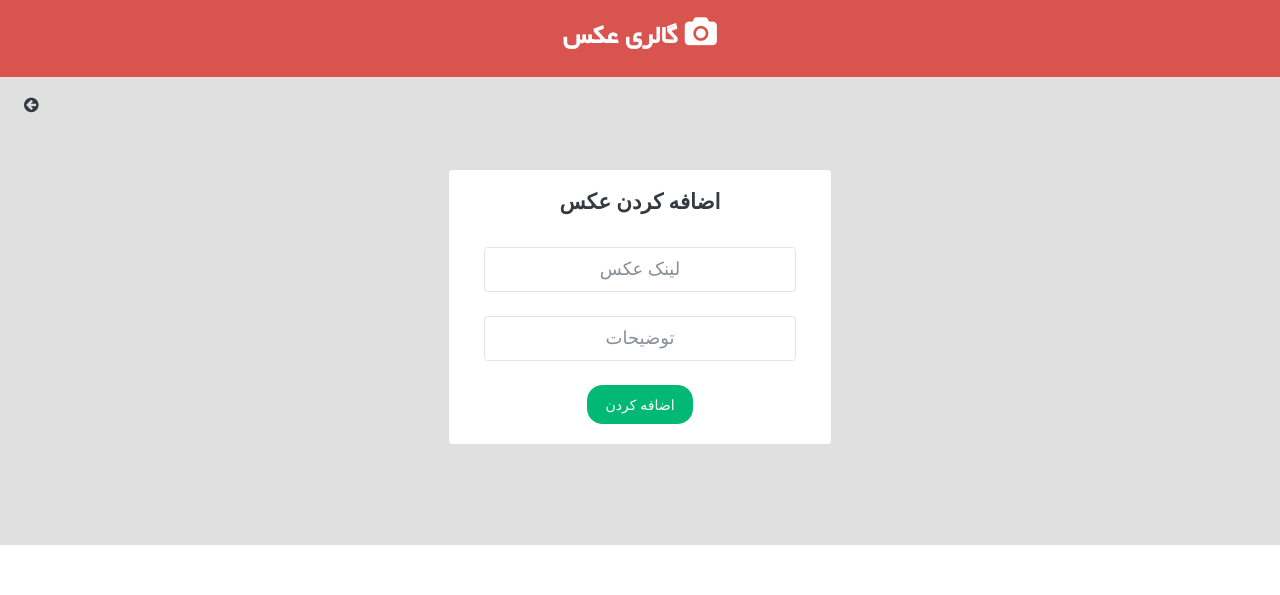
Repository: sadegh1379/PhotoWall-app
Page: /addphoto
These files come from the project's save history. The page is drawn as it stood at one moment and after the next save; the edit follows.
The browser window is 1280 px wide. The pictures show the whole page.
The project was rebuilt for these pictures with package versions that can differ from the ones it lists, and the page was loaded fresh each time. Also part of the build but not shown: src/Component/Photo.js, src/Component/PhotoWall.js.

Above is the page before, as saved 2020-02-22 13:31:18.

### public/index.html
<!DOCTYPE html>
<html lang="en">
  <head>
    <meta charset="utf-8" />
    <link rel="icon" href="%PUBLIC_URL%/favicon.ico" />
    <meta name="viewport" content="width=device-width, initial-scale=1" />
    <meta name="theme-color" content="#000000" />
    <link rel="stylesheet" href="https://stackpath.bootstrapcdn.com/font-awesome/4.7.0/css/font-awesome.min.css">
    <meta
      name="description"
      content="Web site created using create-react-app"
    />
    <link rel="apple-touch-icon" href="%PUBLIC_URL%/logo192.png" />
    <!--
      manifest.json provides metadata used when your web app is installed on a
      user's mobile device or desktop. See https://developers.google.com/web/fundamentals/web-app-manifest/
    -->
    <link rel="manifest" href="%PUBLIC_URL%/manifest.json" />
    <!--
      Notice the use of %PUBLIC_URL% in the tags above.
      It will be replaced with the URL of the `public` folder during the build.
      Only files inside the `public` folder can be referenced from the HTML.

      Unlike "/favicon.ico" or "favicon.ico", "%PUBLIC_URL%/favicon.ico" will
      work correctly both with client-side routing and a non-root public URL.
      Learn how to configure a non-root public URL by running `npm run build`.
    -->
    <title>React App</title>
  </head>
  <body>
    <noscript>You need to enable JavaScript to run this app.</noscript>
    <div id="root"></div>
    <!--
      This HTML file is a template.
      If you open it directly in the browser, you will see an empty page.

      You can add webfonts, meta tags, or analytics to this file.
      The build step will place the bundled scripts into the <body> tag.

      To begin the development, run `npm start` or `yarn start`.
      To create a production bundle, use `npm run build` or `yarn build`.
    -->
  </body>
</html>

### src/App.js
import React , { Component } from 'react';
import { BrowserRouter as Router , Route, Switch } from 'react-router-dom';
import Title from './Component/Title';
import PhotoWall from './Component/PhotoWall';
import './bootswatch.css';
import AddPhoto from './Component/AddPhoto';
import './App.css';

class App extends Component {

  constructor(){

      super()

      this.state = {
        posts : [
          {
            id : "0" ,
            description : "صادق اکبری" ,
            imageLink : "https://dkt6rvnu67rqj.cloudfront.net/cdn/ff/tpWy09V5tfN_Il2UBj8nPU4FZvPDpNBQSecbyXiqbuM/1574345660/public/styles/322x405/public/media/int_files/1008357.jpg?itok=c5qoLzeh"
          },
          {
           id : "1" ,
           description : "علی میرزایی" ,
           imageLink : "https://dkt6rvnu67rqj.cloudfront.net/cdn/ff/tpWy09V5tfN_Il2UBj8nPU4FZvPDpNBQSecbyXiqbuM/1574345660/public/styles/322x405/public/media/int_files/1008357.jpg?itok=c5qoLzeh"
         }
         ,{
           id : "5" ,
           description :" سارا ممبینی" ,
           imageLink :"https://thetyee.ca/Culture/2017/10/31/FawnLawn.jpg"

         },
         {
          id : "6" ,
          description : "صادق اکبری" ,
          imageLink : "https://dkt6rvnu67rqj.cloudfront.net/cdn/ff/tpWy09V5tfN_Il2UBj8nPU4FZvPDpNBQSecbyXiqbuM/1574345660/public/styles/322x405/public/media/int_files/1008357.jpg?itok=c5qoLzeh"
        },
        {
         id : "7" ,
         description : "علی میرزایی" ,
         imageLink : "https://www.iata.org/contentassets/d7c512eb9a704ba2a8056e3186a31921/cargo_live_animals_parrot.jpg?w=330&h=200&mode=crop&scale=both&v=20191213012337"
       }
       ,{
         id : "8" ,
         description :" سارا ممبینی" ,
         imageLink :"https://images.unsplash.com/photo-1497752531616-c3afd9760a11?ixlib=rb-1.2.1&w=1000&q=80"

       }
        ]

    }
  }

// Remove post
 onRemovePost = (removedPost) =>{

      this.setState((state)=>({
          posts : state.posts.filter(post => post !== removedPost)
      }))

  }

  render(){
      return (
        <div className="body">
              <Router>
                  <Title title="گالری عکس"/>
                  <Switch>

                      <Route exact path="/" render={()=>(
                              <div>
                                  <PhotoWall onRemovePost={this.onRemovePost} posts={this.state.posts}/>
                              </div>
                      )}/>

                        <Route exact path="/addphoto" component={AddPhoto}/>
                </Switch>
            </Router>
        </div>
      );
}
}

export default App;

### src/Component/Title.js
import React from 'react';
import PropTypes from 'prop-types';


function Title(props) {
    return (
            <p className=" bg-danger text-white py-3 p-title text-center">{props.title} <span className="fa fa-camera"></span></p>
    )
}

Title.propTypes = {
    title : PropTypes.string.isRequired
}

export default Title;

### src/Component/AddPhoto.js
import React, { Component } from 'react'

export class AddPhoto extends Component {
    render() {
        return (
            <div>
                <i className="fa fa-arrow-circle-left mx-4" ></i>

                    <div className="card form-card card-body  container">
                        <h5 className=" text-center">اضافه کردن عکس</h5>
                                <form className="container add-form">
                                    <input type="text" placeholder="لینک عکس" className="form-control my-4 text-center"/>
                                    <input type="text" placeholder="توضیحات" className="form-control text-center" />
                                    <div className="d-flex justify-content-center mt-4">
                                            <button type="submit" className="btn btn-success ">اضافه کردن</button>
                                    </div>

                                </form>
                    </div>
            </div>
        )
    }
}

export default AddPhoto;

### src/App.css
.p-title{
    font-size: 30px;
    color:white ;
    font-weight: bolder;
    font-family: 'Byekan';
}

.body{
    font-family: 'Brekan';
    background-color: #E0E0E0;
    padding-bottom: 100px;
}

 .photo-grid{
    /* max-width: 1000px; */
    margin: 0 auto;
    display: flex;
    flex-wrap: wrap;
    justify-content: center;
}

@font-face{
    font-family: 'Byekan';
    src:url('./Component/fonst/Yekan.ttf');
}

.photo-card{
  margin: 10px 10px;
  box-shadow: 5px 5px 5px 5px #888888;
}

.add-icon{
    text-align: center;
    margin: 20px auto;
    color:white  !important;
    background-color: rgb(62, 112, 75);
    padding: 20px;
    border-radius: 70px;

}

.add-form input{

    font-size: 18px;
    color:black;
}

.form-card{
    width: 30%;
    margin-top: 50px;
}

Loaded but not shown: src/index.js (common file); src/index.css (common file); src/bootswatch.css (library)

After the next save:
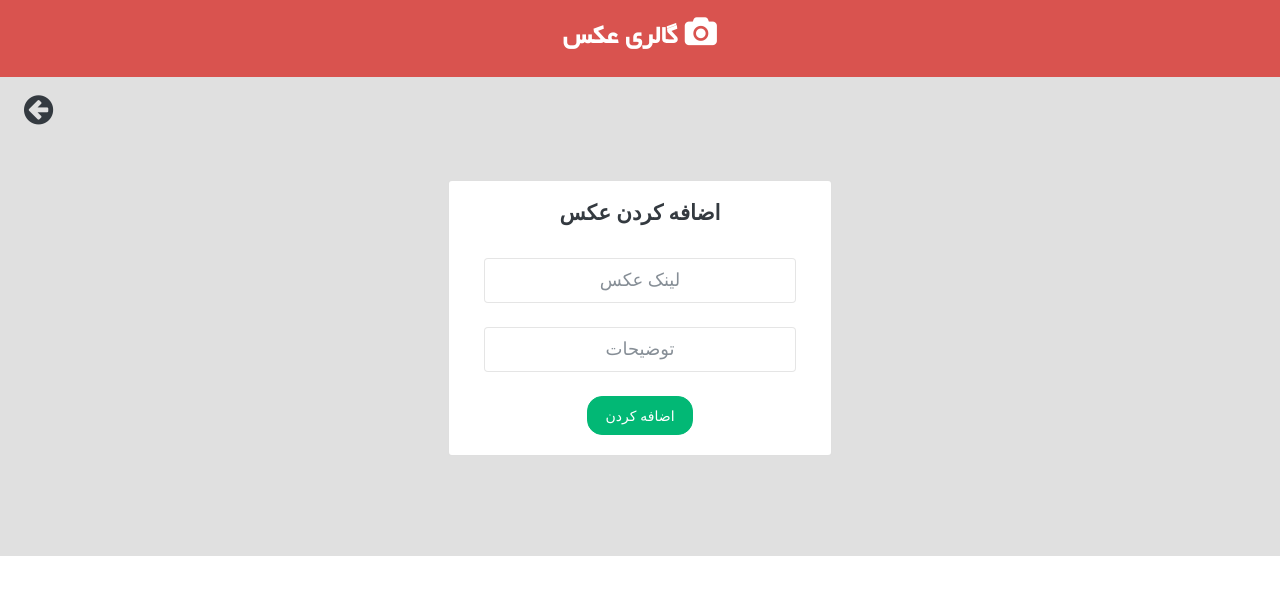
Saved 10 s later.
--- a/src/Component/AddPhoto.js
+++ b/src/Component/AddPhoto.js
@@ -4,7 +4,7 @@ export class AddPhoto extends Component {
     render() {
         return (
             <div>
-                <i className="fa fa-arrow-circle-left mx-4" ></i>
+                <i className="fa fa-arrow-circle-left fa-2x mx-4" ></i>
 
                     <div className="card form-card card-body  container">
                         <h5 className=" text-center">اضافه کردن عکس</h5>
